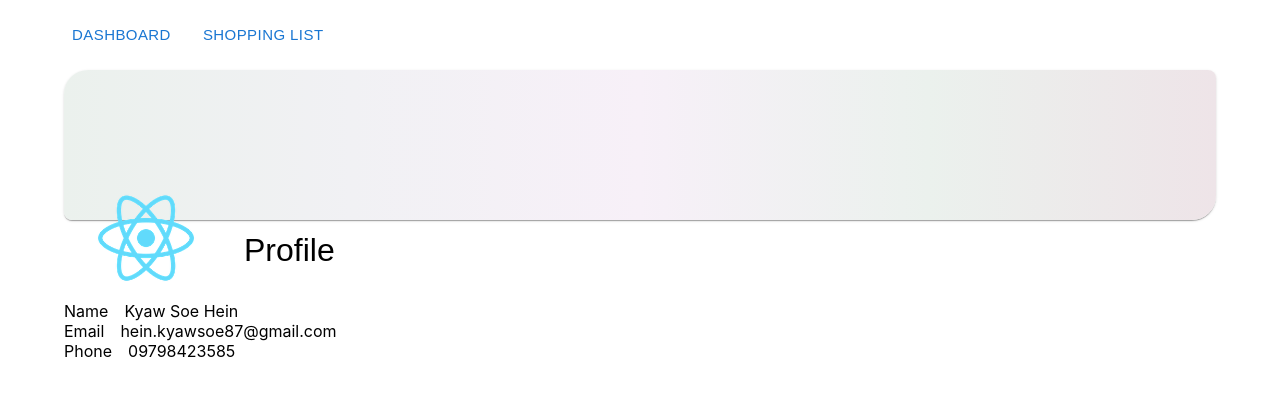
Repository: KyawSoeHein/GoogleAuthReact
Page: /
An editor plug-in stored every save of this project. The page is shown before and after the next save, followed by the edit.
The browser window is 1280 px wide. The pictures show the whole page.
The project was rebuilt for these pictures with package versions that can differ from the ones it lists, and the page was loaded fresh each time.

Above is the page before, as saved 2022-02-14 20:10:40.

### src/index.tsx
import React from "react";
import ReactDOM from "react-dom";
import "./index.css";
import App from "./App";
import Dashboard from "./View/Dashboard";
import reportWebVitals from "./reportWebVitals";

ReactDOM.render(
  <React.StrictMode>
    <Dashboard />
  </React.StrictMode>,
  document.getElementById("root")
);

// If you want to start measuring performance in your app, pass a function
// to log results (for example: reportWebVitals(console.log))
// or send to an analytics endpoint. Learn more: https://bit.ly/CRA-vitals
reportWebVitals();

### src/View/Dashboard.tsx
import React from "react";
import { Container, Grid, Stack } from "@mui/material";
import MenuSelection from "../Components/MenuSelection";
import CoverAndProfilePhoto from "../Components/CoverAndProfilePhoto";

const Dashboard = () => {
  return (
    <Grid>
      <Container>
        <div style={{ marginTop: 16 }}>
          <MenuSelection />
        </div>

        <div style={{ marginTop: 16 }}>
          <CoverAndProfilePhoto />
        </div>

        <Stack direction={"row"} spacing={2}>
          <div>Name</div>
          <div>Kyaw Soe Hein</div>
        </Stack>

        <Stack direction={"row"} spacing={2}>
          <div>Email</div>
          <div>hein.kyawsoe87@gmail.com</div>
        </Stack>

        <Stack direction={"row"} spacing={2}>
          <div>Phone</div>
          <div>09798423585</div>
        </Stack>
      </Container>
    </Grid>
  );
};

export default Dashboard;

### src/Components/MenuSelection.tsx
import React from "react";
import { Button, Stack } from "@mui/material";
import "../App.css";

const MenuSelection = () => {
  const buttonFontSize = 15;

  return (
    <Stack direction={"row"} spacing={2}>
      <Button sx={{ fontSize: buttonFontSize, fontFamily: "sans-serif" }}>
        Dashboard
      </Button>
      <Button sx={{ fontSize: buttonFontSize, fontFamily: "sans-serif" }}>
        Shopping List
      </Button>
    </Stack>
  );
};

export default MenuSelection;

### src/Components/CoverAndProfilePhoto.tsx
import React from "react";
import { Avatar, Button, Paper, Stack } from "@mui/material";
import "../App.css";

const CoverAndProfilePhoto = () => {
  return (
    <div>
      <Paper
        elevation={1}
        sx={{
          height: 150,
          borderTopRightRadius: 8,
          borderTopLeftRadius: 24,
          borderBottomLeftRadius: 8,
          borderBottomRightRadius: 24,
          background:
            "linear-gradient(to right, rgb(235,241,237), rgb(241,241,244), rgb(247,240,248), rgb(235,241,237), rgb(238,228,232))",
        }}
      ></Paper>

      <div className="coverPhoto">
        <Avatar
          alt="Remy Sharp"
          src={`${process.env.PUBLIC_URL}/logo192.png`}
          sx={{ width: 100, height: 100, marginTop: -4, marginLeft: 4 }}
        />
        <div style={{ marginLeft: 48, marginTop: -20 }}>
          <p className="profileTitle">Profile</p>
        </div>
      </div>
    </div>
  );
};

export default CoverAndProfilePhoto;

### src/App.css
.App {
  text-align: center;
}

.App-logo {
  height: 40vmin;
  pointer-events: none;
}

@media (prefers-reduced-motion: no-preference) {
  .App-logo {
    animation: App-logo-spin infinite 20s linear;
  }
}

.App-header {
  background-color: #282c34;
  min-height: 100vh;
  display: flex;
  flex-direction: column;
  align-items: center;
  justify-content: center;
  font-size: calc(10px + 2vmin);
  color: white;
}

.App-link {
  color: #61dafb;
}

@keyframes App-logo-spin {
  from {
    transform: rotate(0deg);
  }
  to {
    transform: rotate(360deg);
  }
}

.profileTitle {
  font-size: 32px;
  font-family: sans-serif;
  /* font-weight: bold; */
}

.coverPhoto {
  display: flex;
  flex-direction: row;
  flex: 1;
}

Loaded but not shown: public/index.html (common file); src/index.css (common file); src/reportWebVitals.ts (common file)

After the next save:
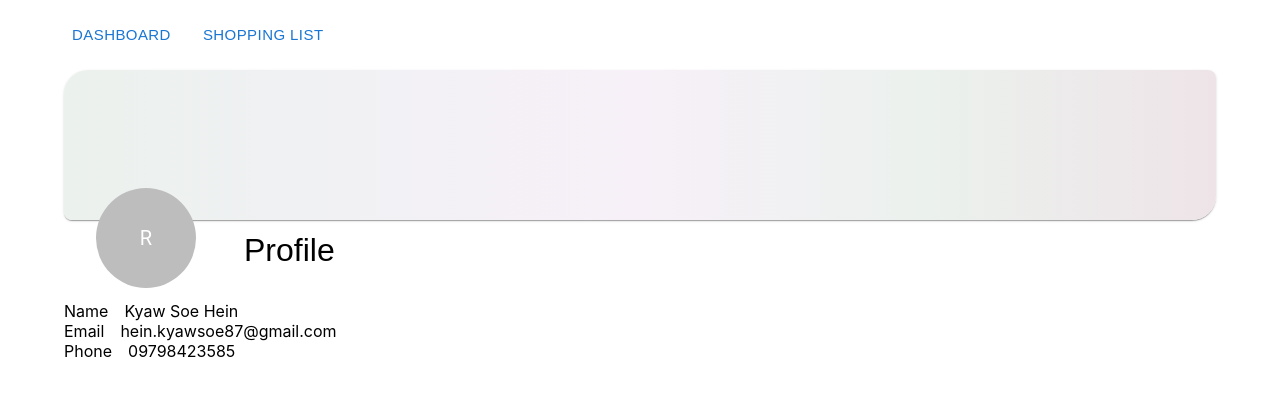
Not found: images/profile.jpg
Saved 29 s later.
--- a/src/Components/CoverAndProfilePhoto.tsx
+++ b/src/Components/CoverAndProfilePhoto.tsx
@@ -21,7 +21,7 @@
       <div className="coverPhoto">
         <Avatar
           alt="Remy Sharp"
-          src={`${process.env.PUBLIC_URL}/logo192.png`}
+          src={`../images/profile.jpg`}
           sx={{ width: 100, height: 100, marginTop: -4, marginLeft: 4 }}
         />
         <div style={{ marginLeft: 48, marginTop: -20 }}>

After the 4 saves that followed:
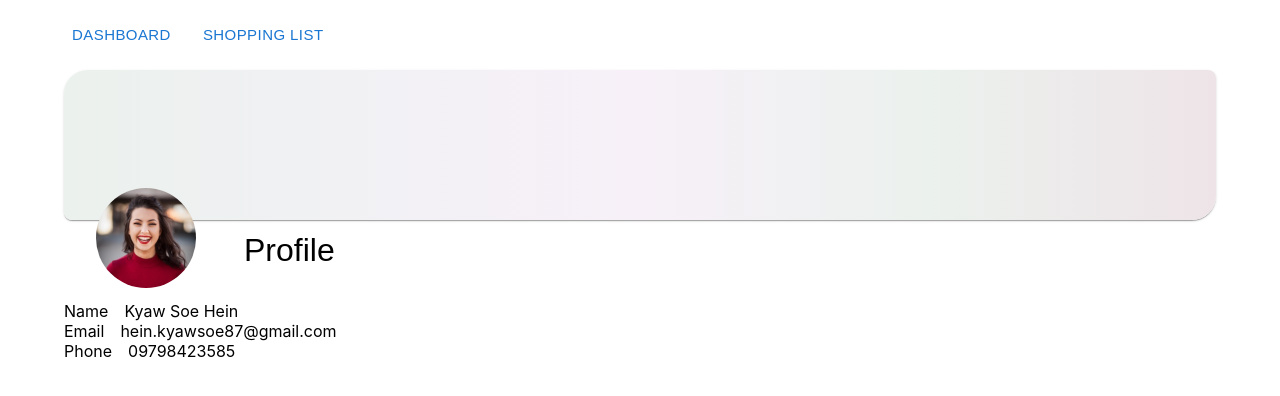
The 4 saves are shown as one change because 3 left the picture as it was.
The last was saved 2 min 11 s later.
--- a/src/Components/CoverAndProfilePhoto.tsx
+++ b/src/Components/CoverAndProfilePhoto.tsx
@@ -1,6 +1,7 @@
 import React from "react";
 import { Avatar, Button, Paper, Stack } from "@mui/material";
 import "../App.css";
+import profile from "../images/profile.jpg";
 
 const CoverAndProfilePhoto = () => {
   return (
@@ -21,7 +22,7 @@
       <div className="coverPhoto">
         <Avatar
           alt="Remy Sharp"
-          src={`../images/profile.jpg`}
+          src={profile}
           sx={{ width: 100, height: 100, marginTop: -4, marginLeft: 4 }}
         />
         <div style={{ marginLeft: 48, marginTop: -20 }}>
